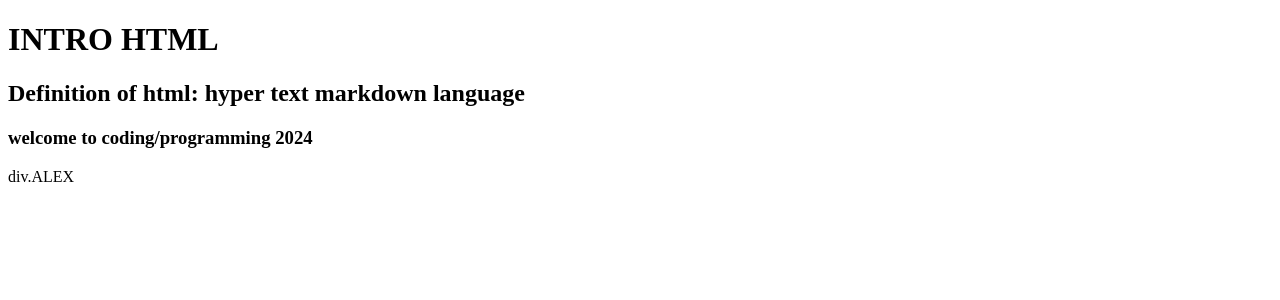
Repository: mirambialex/MYFIRSTREPOR
Page: INTRODUCTION.HTML
An editor plug-in stored every save of this project. The page is shown before and after the next save, followed by the edit.
The browser window is 1280 px wide. The pictures show the whole page.

Above is the page before, as saved 2024-03-29 09:22:09.

### INTRODUCTION.HTML
<!DOCTYPE html>
<html lang="en">
<head>
    <meta charset="UTF-8">
    <meta name="viewport" content="width=device-width, initial-scale=1.0">
    <title>Document</title>
</head>
<body>
    <DIV>
        <P><H1>
            INTRO HTML
        </H1>
        </P><H2>Definition of html: hyper text markdown language</H2>
    </DIV>
    <div class="navbar">

    </div>
    <div id="header">
 <p>
            <h3>
                welcome to coding/programming 2024
            </h3>
        </p>
    </div>
    div.ALEX
</body>
</html>

After the next save:
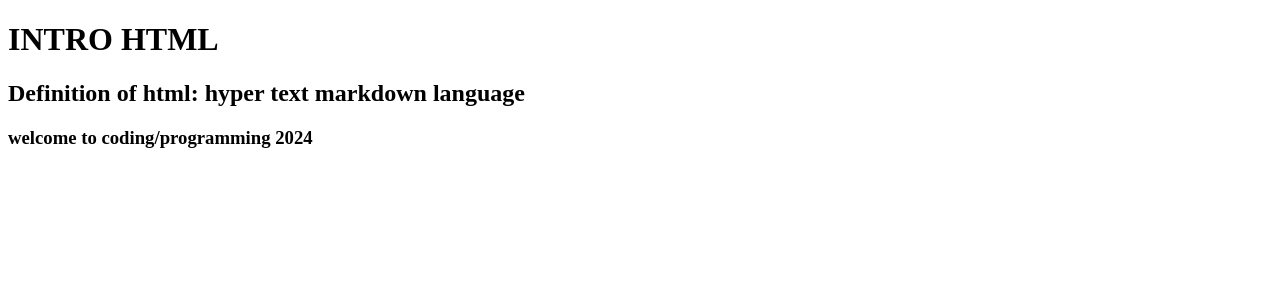
Saved 9 s later.
--- a/INTRODUCTION.HTML
+++ b/INTRODUCTION.HTML
@@ -22,6 +22,6 @@
             </h3>
         </p>
     </div>
-    div.ALEX
+    <div class="ALEX"></div>
 </body>
 </html>
